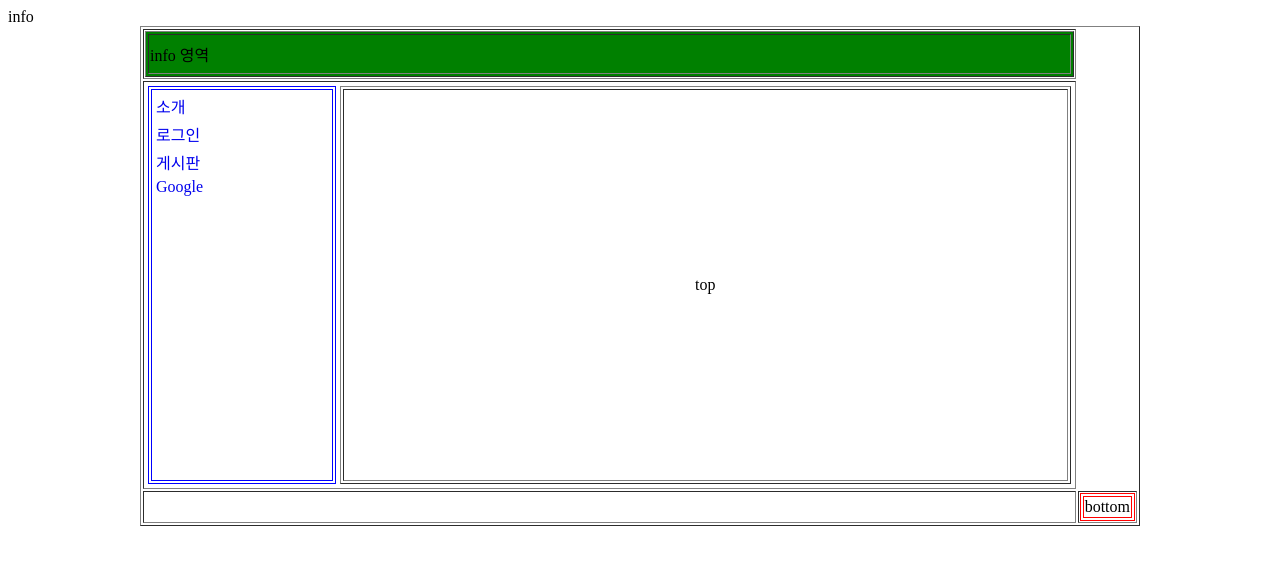
Repository: Kojonghoon/Workspace_java
Page: http://localhost/20221228/ajax/news/index.jsp?menu=info
An editor plug-in stored every save of this project. The page is shown before and after the next save, followed by the edit.
The browser window is 1280 px wide. The pictures show the whole page.
The page is served by Tomcat 9.

Above is the page before, as saved 2023-02-10 02:54:21.

After the next save:
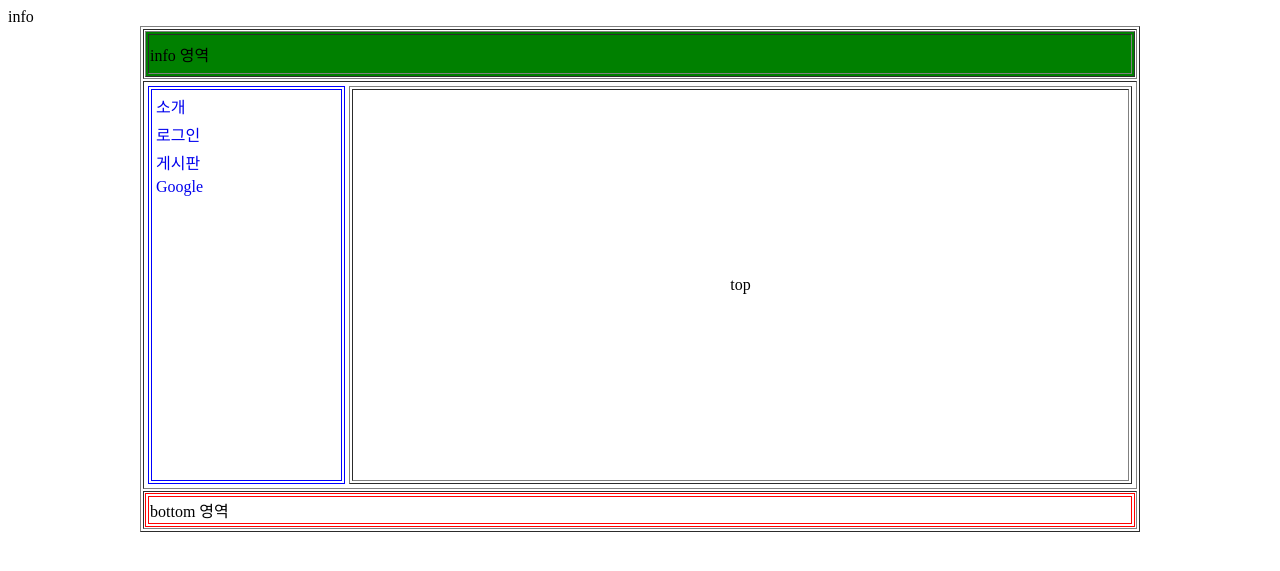
Saved 2 min 13 s later.
--- a/20221228/src/main/webapp/ajax/news/bottom.jsp
+++ b/20221228/src/main/webapp/ajax/news/bottom.jsp
@@ -1,9 +1,7 @@
 <%@ page language="java" contentType="text/html; charset=UTF-8"
-	pageEncoding="UTF-8"%>
-<td width="1000px" height="30px">
-	<table border="1" width="100%" height="100%" bordercolor="red">
-		<tr>
-			<td>bottom</td>
-		</tr>
-	</table>
-</td>
+    pageEncoding="UTF-8"%>
+<table border="1" width="100%" height="100%" bordercolor="red">
+  <tr>
+    <td>bottom 영역</td>
+  </tr>
+</table>
